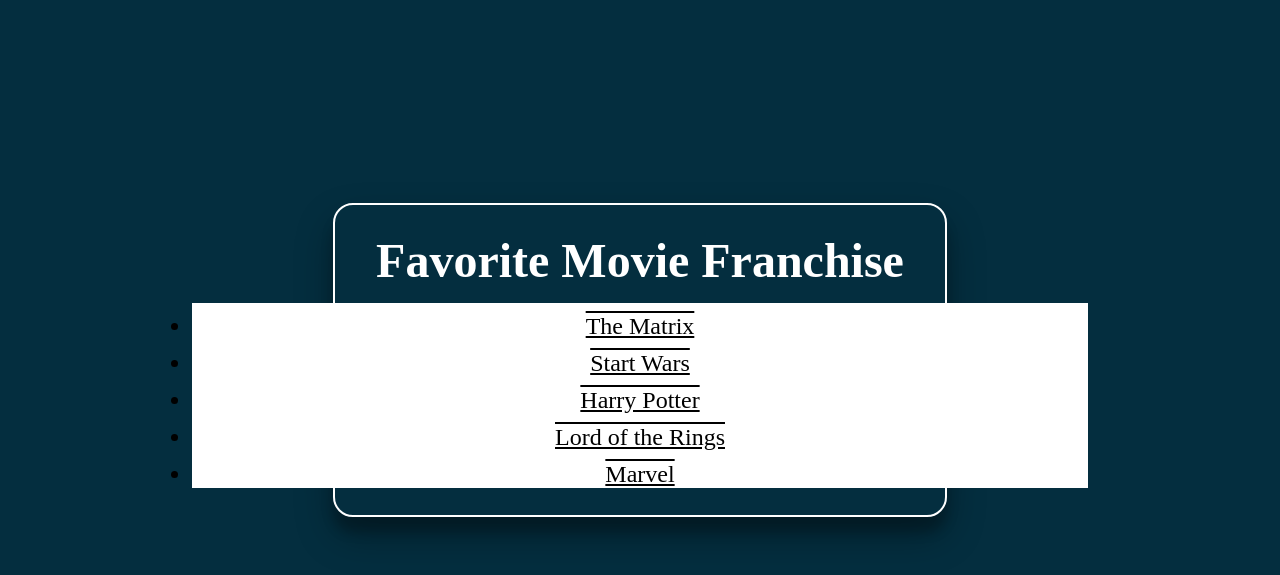
Repository: Ellisvelandia/DOM-Manipulation
Page: index.html
An editor plug-in stored every save of this project. The page is shown before and after the next save, followed by the edit.
The browser window is 1280 px wide. The pictures show the whole page.

Above is the page before, as saved 2022-08-22 13:50:06.

After the next save:
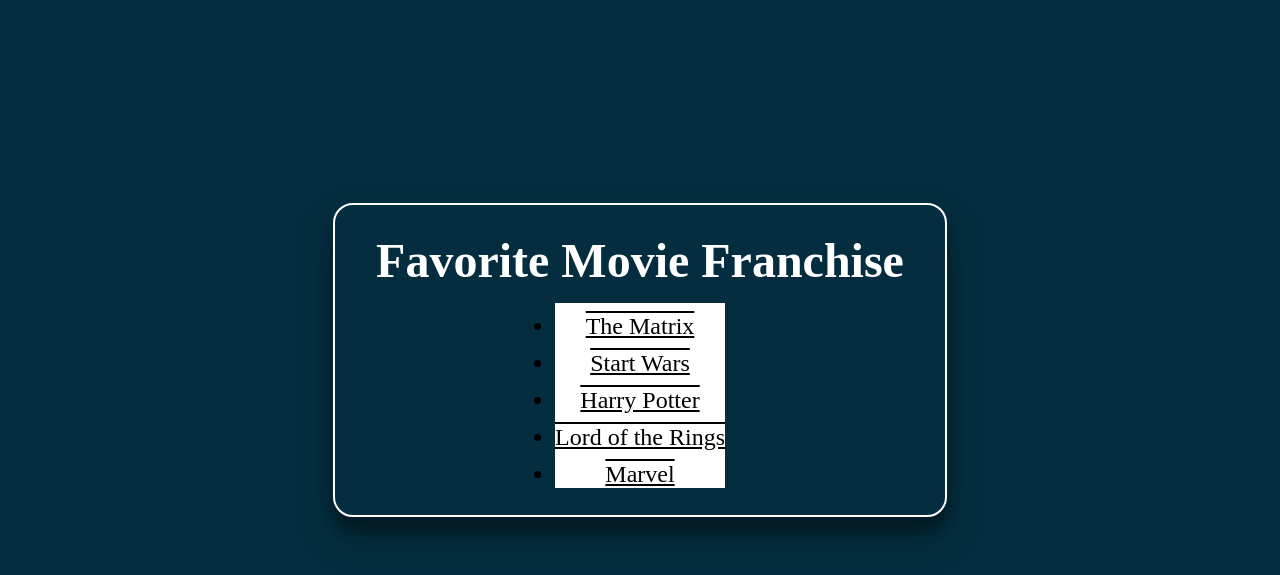
Saved 10 s later.
--- a/style.css
+++ b/style.css
@@ -46,5 +46,5 @@
 }
 
 li {
-  width: 70vw;
+  max-width: 70vw;
 }
